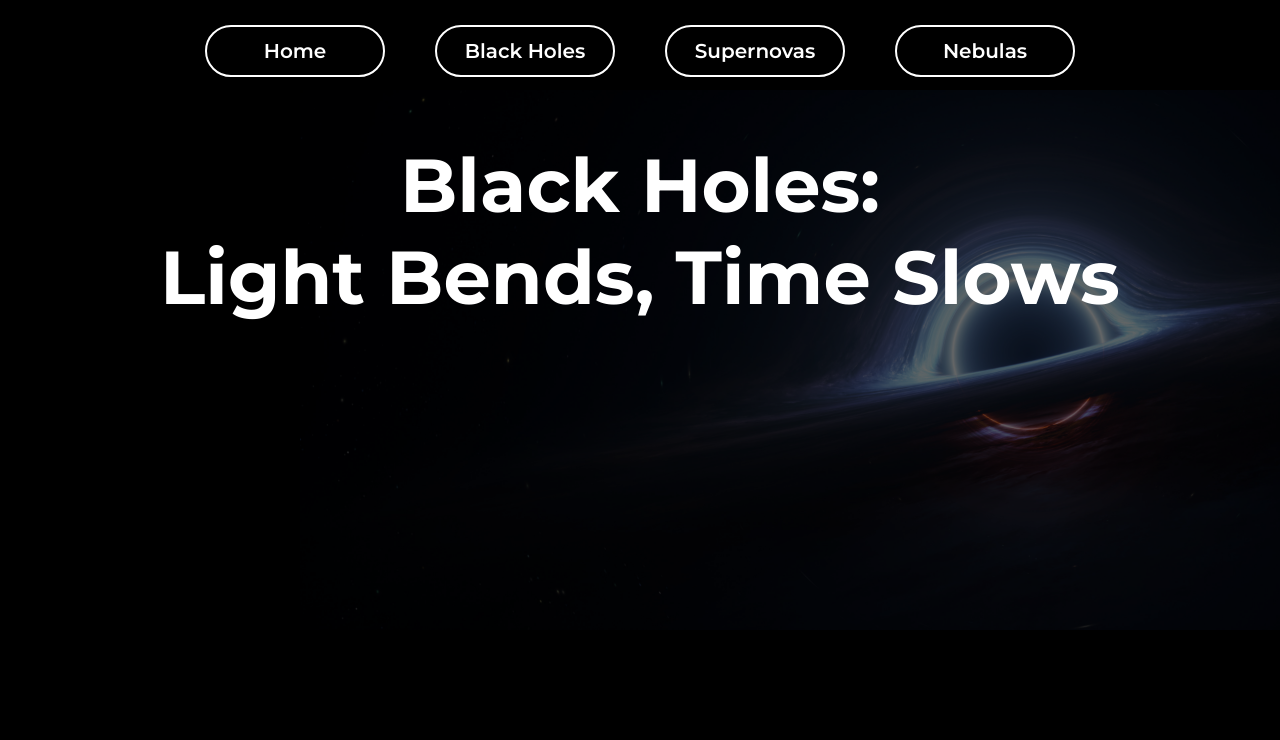
Repository: english-only/Space-Website
Page: black_hole.html
An editor plug-in stored every save of this project. The page is shown before and after the next save, followed by the edit.
The browser window is 1280 px wide. The pictures show the whole page.
Backgrounds fixed to the window are drawn as part of the page.

Above is the page before, as saved 2024-12-16 09:39:22.

### black_hole.html
<!DOCTYPE html>
<html lang="en">
  <head>
    <meta charset="utf-8" />
    <meta http-equiv="X-UA-Compatible" content="IE=edge" />
    <title>Welcome to Space</title>
    <meta name="viewport" content="width=device-width, initial-scale=1" />
    <link rel="stylesheet" type="text/css" media="screen" href="main.css" />
  </head>
  <body>
    <div class="background-2 fade-in"></div>
    <div class="wrapper fade-in">
      <nav class="navbar fade-in">
        <a href="index.html"
          ><button class="nav-button fade-in">Home</button></a
        >
        <a href="black_hole.html"
          ><button class="nav-button fade-in">Black Holes</button></a
        >
        <a href="supernovas.html"
          ><button class="nav-button fade-in">Supernovas</button></a
        >
        <a href="nebulas.html"
          ><button class="nav-button fade-in">Nebulas</button></a
        >
      </nav>
      <div class="hero-text page-2-hero fade-in">
        <h2>Black Holes:<br />Light Bends, Time Slows</h2>
      </div>
    </div>
  </body>
</html>

### main.css
@import url('https://fonts.googleapis.com/css2?family=Montserrat:ital,wght@0,100..900;1,100..900&display=swap');
@keyframes fadeIn {
  from {
    opacity: 0;
  }
  to {
    opacity: 1;
  }
}

/* Fade-in class to be used on elements */
.fade-in {
  opacity: 0; /* Start invisible */
  animation: fadeIn 1s ease-in forwards; /* Apply fade-in animation */
}
body,
html {
  /* Ensure the body and html take full height */
  height: 100%;
  margin: 0;
  font-family: 'Montserrat';
  font-weight: 400;
  color: white;
}

body {
  /* Set a fallback background color */
  background-color: black;
}

.background {
  background-attachment: fixed;
  background-image: url('essay-gettyimages-1237093074.webp');
  background-size: cover;
  background-position: center;
  background-repeat: no-repeat;
  position: fixed; /* Keep background fixed while scrolling */
  height: 100vh;
  width: 100%;
  filter: brightness(25%);
  top: 0;
  left: 0;
  z-index: -10;
}

.wrapper {
  display: flex;
  flex-direction: column;
  justify-content: flex-start; /* Align items to the top */
  align-items: center; /* Center items horizontally */
  height: 100vh;
  position: relative;
  padding-top: 20px;
  opacity: 0; /* Start invisible */
  animation: fadeIn 0.5s ease-in forwards; /* Apply fade-in animation */
}

.navbar {
  display: flex;
  gap: 50px;
  margin-top: 5px; /* Adjust as needed for spacing from the top */
}

.nav-button {
  padding: 12px 20px;
  border: 2px solid white;
  background-color: rgba(0, 0, 0, 0.5);
  color: white;
  font-size: 16px;
  cursor: pointer;
  transition: background-color 0.3s, color 0.3s;
  font-family: 'Red Hat Display';
  font-weight: 600;
  font-size: 20px;
  width: 180px;
  border-radius: 800px;
  font-family: Montserrat;
}

.nav-button:hover {
  background-color: white;
  color: black;
}

.hero-text {
  color: white;
  font-size: 50px;
  font-weight: 700;
  text-align: center;
  padding: 0; /* Remove padding to minimize hover area */
  display: inline-block; /* Restrict hover area to text content */
  transition: text-shadow 0.3s ease-in-out, transform 0.3s ease-in-out; /* Smooth transition */
}

.hero-text:hover {
  text-shadow: 2px 2px 5px rgba(255, 255, 255, 0.7); /* White shadow */
  transform: translateY(-5px); /* Raised effect */
}

@keyframes fadeInOut {
  0% {
    opacity: 0.5;
  }
  50% {
    opacity: 1;
  }
  100% {
    opacity: 0.5;
  }
}

.card-wrapper {
  display: flex;
  flex-direction: column; /* Stack cards vertically */
  align-items: center; /* Center cards horizontally */
  margin-top: 50px; /* Adjusts space from the top */
}

.row {
  display: flex;
  gap: 650px; /* Space between the cards */
  justify-content: center; /* Center the row */
  align-items: flex-start; /* Align cards to the top */
}

.black_hole {
  margin-left: -100px; /* Move the Black Holes card to the left */
  width: 500px;
}

.black_hole a {
  margin-left: 110px;
}

.cards {
  font-size: 25px;
  color: white;
  margin-left: 20px; /* Adds space to the left */
  box-sizing: border-box;
  position: relative;
  top: -450px; /* Moves the element upwards */
  margin-left: -20px;
  text-align: center;
}

.cards a {
  color: white;
  text-decoration: none;
  border: white 2px solid;
  display: inline-block;
  text-align: center;
  box-sizing: border-box;
  padding: 6px 20px;
  line-height: normal;
  transition: text-shadow 0.3s ease-in-out, transform 0.3s ease-in-out,
    background-color 0.3s ease-in-out, color 0.3s ease-in-out;
  border-radius: 600px;
}

.cards a:hover {
  text-shadow: 2px 2px 5px rgba(255, 255, 255, 0.7);
  transform: translateY(-5px);
  background-color: rgb(223, 223, 223);
  color: black;
}

.cards a h3 {
  margin: 0;
  padding: 0;
}

.cards p {
  margin-top: 15px;
  width: 600px; /* Adjust width to fit within card */
}

.cards p:hover {
  text-shadow: 2px 2px 5px rgba(255, 255, 255, 0.6);
  transform: translateY(-5px);
  transition: text-shadow 0.3s ease-in-out, transform 0.3s ease-in-out;
}

.nebula-card {
  margin-top: 100px;
}

.nebula-card a {
  justify-content: center;
  align-items: center;
  margin-left: 40px;
}

.nebula-card p {
  text-align: left;
  text-wrap: pretty;
  text-align: left; /* Align text to the left */
  width: 100%; /* Ensure the card takes the full width */
  margin-left: 100px;
  margin-right: 200px;
  max-width: 1750px;
  text-align: center; /* Align text to the center */
}

.videos {
  margin-top: -190px; /* Adjust the space below the Nebula card */
  text-align: center;
  width: 100%; /* Ensure it takes the full width */
  text-decoration: underline;
}

.videos h2 {
  position: relative; /* Ensure the text is positioned in normal flow */
  z-index: 1; /* Make sure it's above other content */
  pointer-events: auto; /* Allow text selection */
  overflow: visible; /* Ensure text is not clipped */
}

.video-links {
  display: grid;
  grid-template-columns: repeat(3, 400px); /* 3 columns, each 400px wide */
  grid-template-rows: repeat(2, 400px); /* 3 rows, each 400px tall */
  gap: 100px; /* Space between grid items */
  justify-content: center; /* Center the grid horizontally within the container */
  align-items: center; /* Center the grid items vertically */
  margin-top: -120px; /* Space above the grid (adjust this to decrease the gap) */
  margin-left: 160px;
}

.button-container {
  display: contents; /* Ensure buttons are placed directly in the grid */
}

.button-container a {
  display: block; /* Ensure buttons occupy full width of their grid cell */
  width: 200px; /* Full width of the grid cell */
  text-align: center;
  color: white;
  font-size: 20px;
  text-decoration: none; /* Remove underline */
  border: 2px solid white;
  padding: 8px 12px;
  border-radius: 600px;
  height: 30px;
  transition: background-color 0.3s, color 0.3s;
  margin-bottom: 10px; /* Decrease the space between the buttons and the text below */
}

.button-container a:hover {
  background-color: white;
  color: black;
  text-decoration: underline;
  font-weight: 500;
}

.images {
  display: contents; /* Ensure images are placed directly in the grid */
}

.black-hole-image,
.supernova-image,
.nebula-image {
  width: 100%; /* Full width of the grid cell */
  border: 2px solid white;
  border-radius: 20px;
  margin-top: -630px; /* Decrease the space between the images and the buttons above */
  margin-left: -10px;
}

.black-hole-image {
  width: 100%; /* Full width of the grid cell */
  border: 2px solid white;
  border-radius: 20px;
  margin-top: -630px; /* Decrease the space between the images and the buttons above */
  margin-left: -95px;
}

.supernova-image {
  width: 100%; /* Full width of the grid cell */
  border: 2px solid white;
  border-radius: 20px;
  margin-top: -630px; /* Decrease the space between the images and the buttons above */
  margin-left: -95px;
}

.nebula-image {
  height: 270px;
  width: auto;
  border: 2px solid white;
  border-radius: 20px;
  margin-top: -630px; /* Decrease the space between the images and the buttons above */
  margin-left: -125px;
}

/* page 2 from below */
.background-2 {
  background-attachment: fixed;
  background-image: url('thumb-1920-1346075.png');
  background-size: contain;
  background-position: 300px;
  background-repeat: no-repeat;
  position: fixed; /* Keep background fixed while scrolling */
  height: 100vh;
  width: 100%;
  filter: brightness(40%);
  z-index: -1; /* Place the background behind other content */
}

.page-2-hero{
color: ;
}

@keyframes fadeIn {
  from {
    opacity: 0;
  }
  to {
    opacity: 1;
  }
}

After the next save:
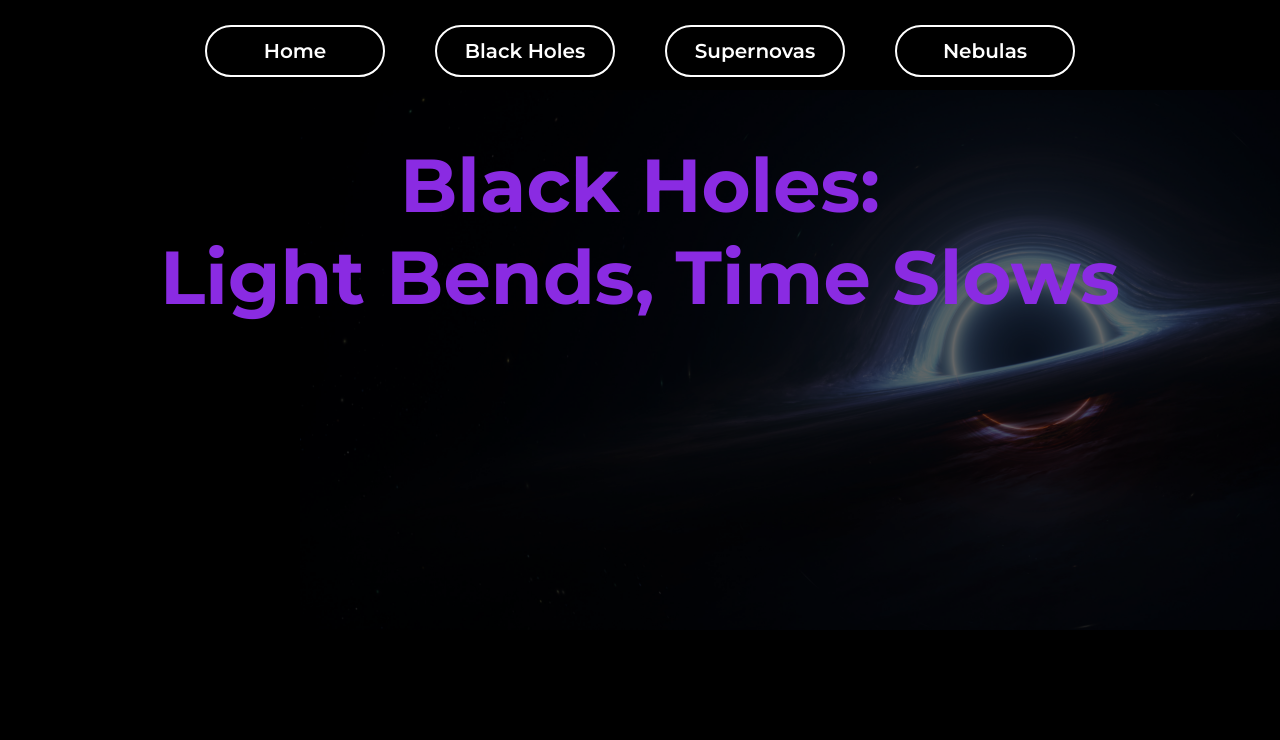
Saved 4 s later.
--- a/main.css
+++ b/main.css
@@ -305,8 +305,8 @@
   z-index: -1; /* Place the background behind other content */
 }
 
-.page-2-hero{
-color: ;
+.page-2-hero {
+  color: blueviolet;
 }
 
 @keyframes fadeIn {

After the 2 saves that followed:
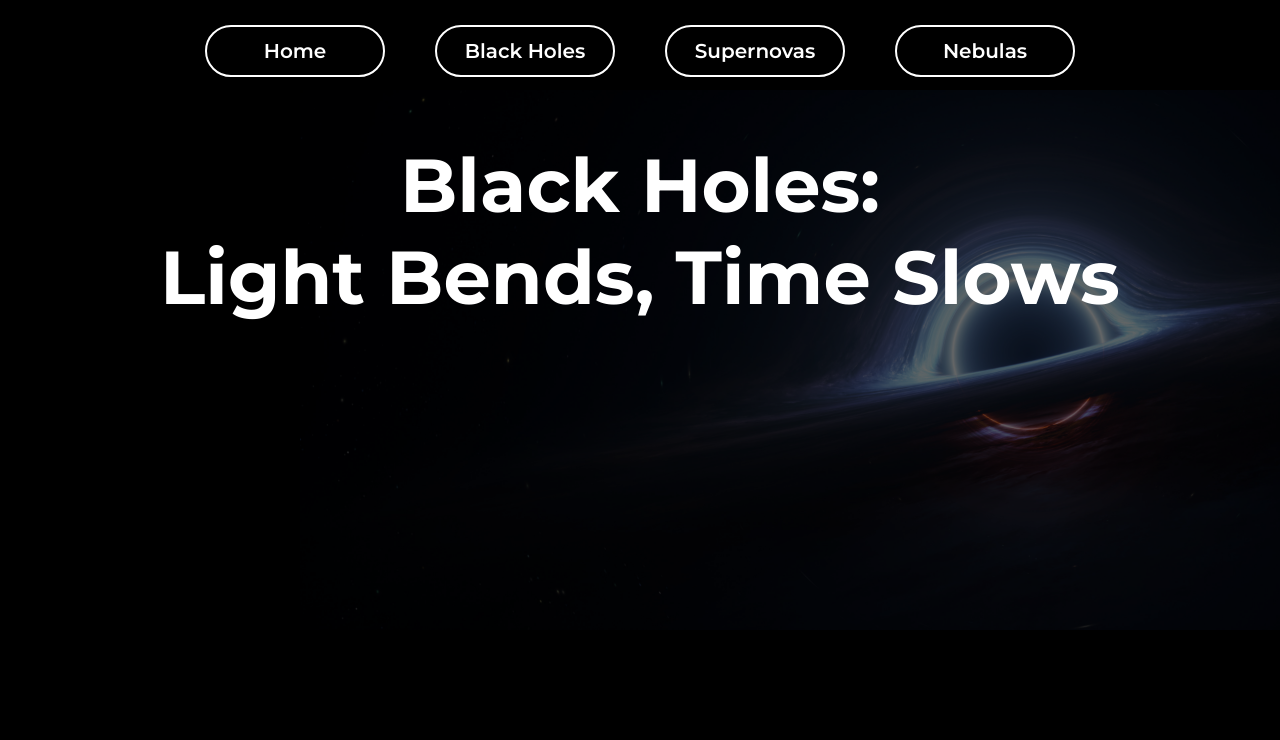
The 2 saves are shown as one change because they came seconds apart.
The last was saved 35 s later.
--- a/main.css
+++ b/main.css
@@ -306,7 +306,7 @@
 }
 
 .page-2-hero {
-  color: blueviolet;
+
 }
 
 @keyframes fadeIn {
